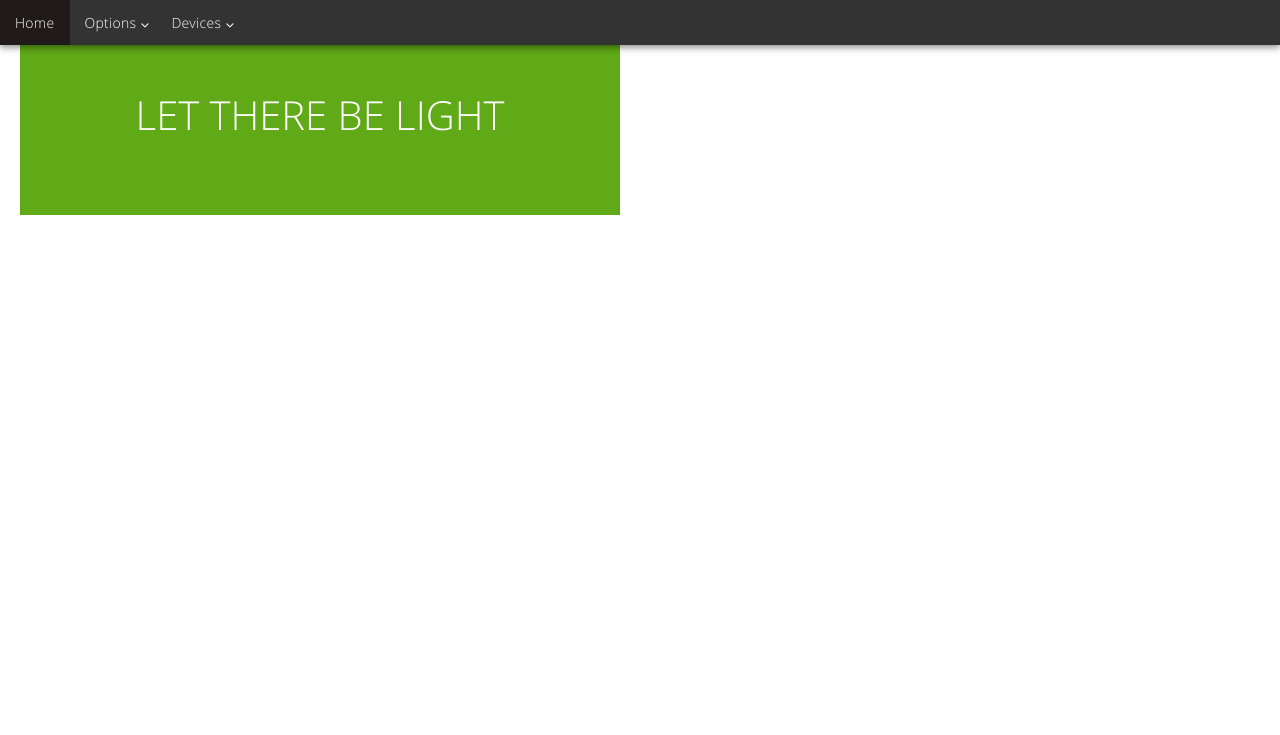
Repository: Pietvergiet/RPiProject
Page: http://localhost/RPi/
An editor plug-in stored every save of this project. The page is shown before and after the next save, followed by the edit.
The browser window is 1280 px wide. The pictures show the whole page.
The page is served by Tomcat 9. Other server files are loaded and not shown.

Above is the page before, as saved 2014-10-21 21:29:10.

### RPi/src/main/webapp/index.jsp
<%@ page language="java" contentType="text/html; charset=ISO-8859-1"
    pageEncoding="ISO-8859-1"%>
<!DOCTYPE html PUBLIC "-//W3C//DTD HTML 4.01 Transitional//EN" "http://www.w3.org/TR/html4/loose.dtd">
<html>
<head>

        <link rel="stylesheet" href="BootstrapMetro/docs/css/metro-bootstrap.css">
        <script src="BootstrapMetro/docs/js/jquery/jquery.min.js"></script>
        <script src="BootstrapMetro/docs/js/jquery/jquery.widget.min.js"></script>
        <script src="BootstrapMetro/min/metro.min.js"></script>
        <link rel="shortcut icon" href="images/remote_control.ico" />

	    <!-- Metro UI CSS JavaScript plugins -->


</head>
<body class="metro">
<!-- Header -->
<div class="navigation-bar dark fixed-top shadow">
        <ul class="element-menu">
        	<li><a href="/RPi">Home</a></li>
        	<li>
                <a class="dropdown-toggle" href="#Options">Options</a>
                <ul class="dropdown-menu dark" data-role="dropdown" style="display: none;">
                    <li><a href="#Add">Add a device</a></li>
                    <li><a href="#Remove">Remove a device</a></li>
                    <li><a href="#Edit">Edit a device</a></li>
                </ul>
            </li>
            <li>
                <a class="dropdown-toggle" href="#Devices">Devices</a>
                <ul class="dropdown-menu dark" data-role="dropdown" style="display: none;">
                    <li><a href="#Tv">Tv</a></li>
                    <li><a href="#DVD">DVD</a></li>
                    <li><a href="#Radio">Radio</a></li>
                    <li><a href="#Secret Device">Nothing</a></li>
                </ul>
            </li>
    	</ul>
</div>

<!-- Body -->
<div>
	<ul>
		<form method="post" action="Blink">
			<input class="bg-green bg-hover-lime fg-white" type="submit" value="LET THERE BE LIGHT" style="font-size:40px; height:200px; width:600px;">
		</form>
	</ul>
</div>
</body>
</html>

Loaded but not shown: RPi/src/main/webapp/BootstrapMetro/docs/css/metro-bootstrap.css (library); RPi/src/main/webapp/BootstrapMetro/docs/js/jquery/jquery.min.js (library); RPi/src/main/webapp/BootstrapMetro/docs/js/jquery/jquery.widget.min.js (library); RPi/src/main/webapp/BootstrapMetro/min/metro.min.js (library)

After the next save:
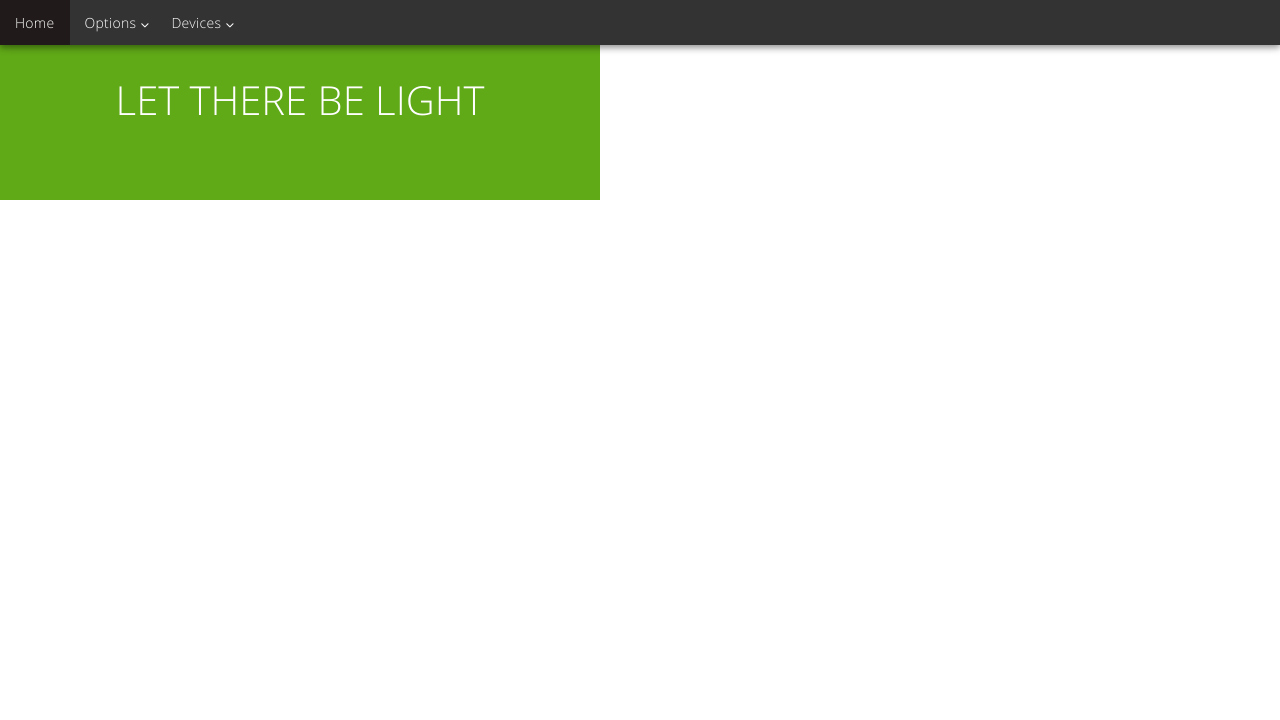
Saved 28 s later.
--- a/RPi/src/main/webapp/index.jsp
+++ b/RPi/src/main/webapp/index.jsp
@@ -41,11 +41,9 @@
 
 <!-- Body -->
 <div>
-	<ul>
 		<form method="post" action="Blink">
 			<input class="bg-green bg-hover-lime fg-white" type="submit" value="LET THERE BE LIGHT" style="font-size:40px; height:200px; width:600px;">
 		</form>
-	</ul>
 </div>
 </body>
 </html>
